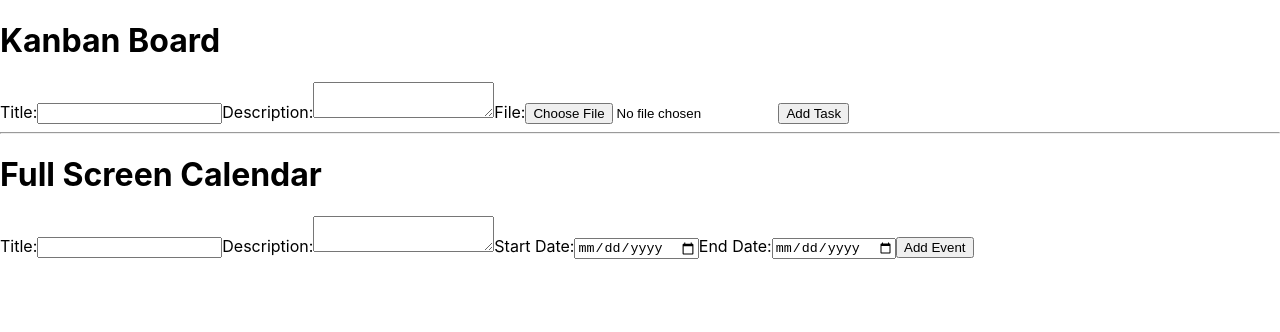
Repository: iDev07/test-app-bank
Page: / (app in test-bank-app/)
An editor plug-in stored every save of this project. The page is shown before and after the next save, followed by the edit.
The browser window is 1280 px wide. The pictures show the whole page.
The project was rebuilt for these pictures with package versions that can differ from the ones it lists, and the page was loaded fresh each time. Requests to the local data server were answered from the project's data file.

Above is the page before, as saved 2023-04-14 17:22:19.

After the next save:
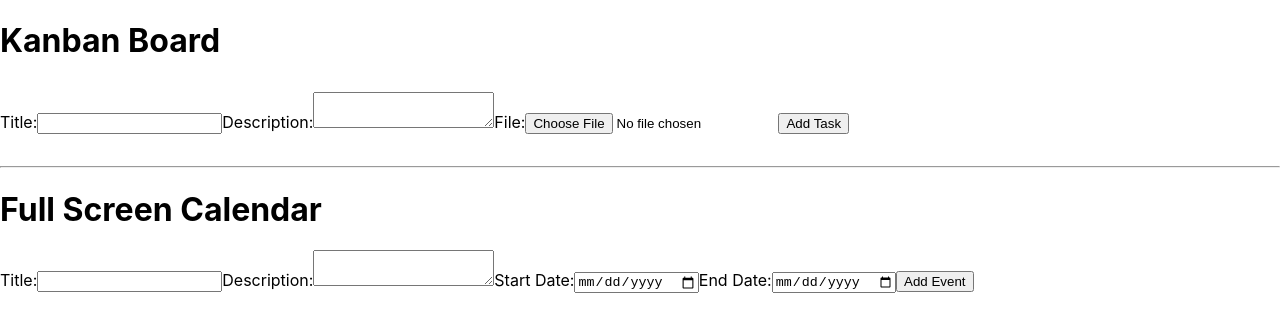
Saved 20 min 43 s later.
--- a/test-bank-app/src/App.js
+++ b/test-bank-app/src/App.js
@@ -51,7 +51,7 @@ const KanbanBoard = () => {
   };
 
   return (
-    <div>
+    <div className="kanban-board">
       <form onSubmit={handleSubmit}>
         <label>
           Title:
